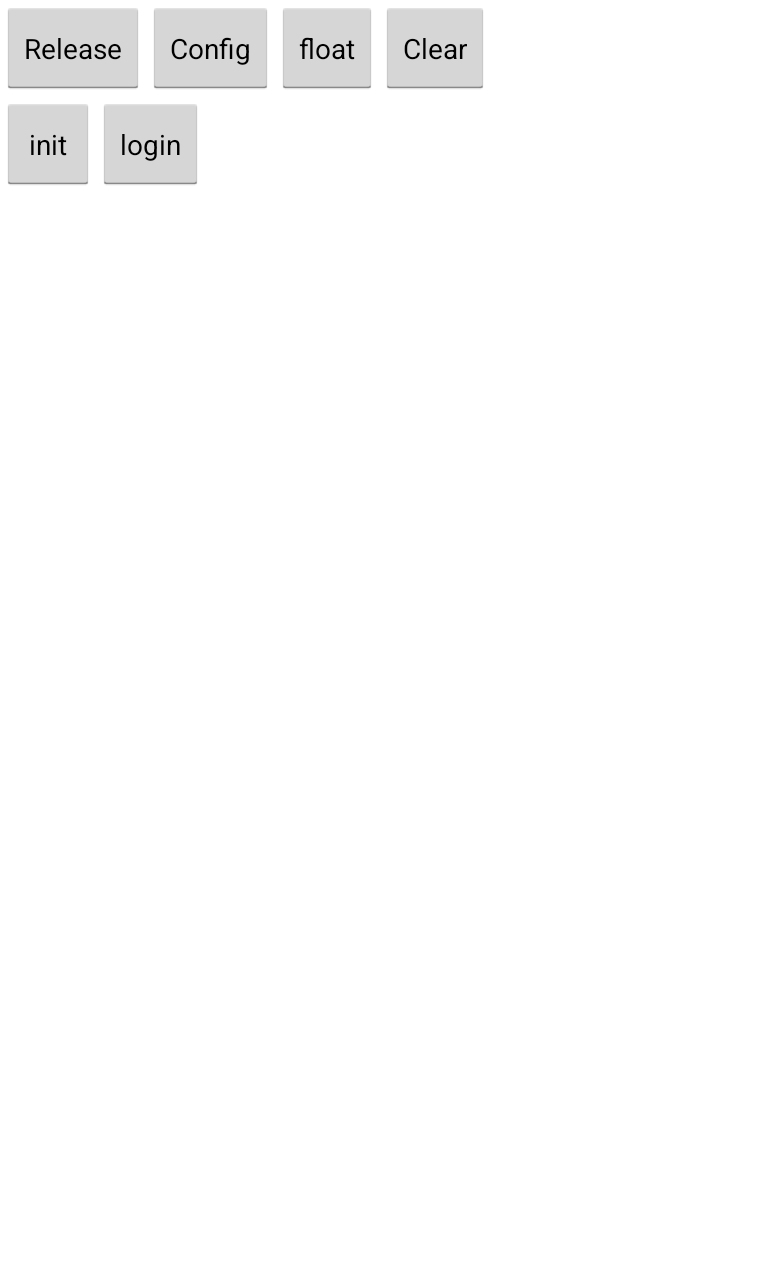
Repository: XClouded/dynamicCall
Layout: UCGameSdk/res/layout/activity_dex_loader.xml
The author's editor kept a copy of each file at every save. The layout is drawn from the files as they stood at one save, then again after the next save.
It is drawn on a 768 x 1280 px phone screen (xhdpi) without system bars, with theme AppTheme; the app's code is not run.

Above is the layout before, as saved 2013-07-18 03:05:46.

### UCGameSdk/res/layout/activity_dex_loader.xml
<LinearLayout xmlns:android="http://schemas.android.com/apk/res/android"
    xmlns:tools="http://schemas.android.com/tools"
    android:layout_width="match_parent"
    android:layout_height="match_parent"
    android:orientation="vertical"
 >
    <LinearLayout
        android:layout_width="match_parent"
        android:layout_height="wrap_content"
        android:orientation="horizontal" >

        <Button
            android:id="@+id/btn_release"
            style="?android:attr/buttonStyleSmall"
            android:layout_width="wrap_content"
            android:layout_height="wrap_content"
            android:text="Release" />

        <Button
            android:id="@+id/button1"
            style="?android:attr/buttonStyleSmall"
            android:layout_width="wrap_content"
            android:layout_height="wrap_content"
            android:text="Config" />

        <Button
            android:id="@+id/btn_float"
            style="?android:attr/buttonStyleSmall"
            android:layout_width="wrap_content"
            android:layout_height="wrap_content"
            android:text="float" />

        <Button
            android:id="@+id/btn_clear"
            style="?android:attr/buttonStyleSmall"
            android:layout_width="wrap_content"
            android:layout_height="wrap_content"
            android:text="Clear" />

    </LinearLayout>

    <LinearLayout
        android:layout_width="match_parent"
        android:layout_height="wrap_content" >

        <Button
            android:id="@+id/btn_init"
            style="?android:attr/buttonStyleSmall"
            android:layout_width="wrap_content"
            android:layout_height="wrap_content"
            android:text="init" />

        <Button
            android:id="@+id/btn_login"
            style="?android:attr/buttonStyleSmall"
            android:layout_width="wrap_content"
            android:layout_height="wrap_content"
            android:text="login" />

    </LinearLayout>

    <ScrollView
        android:id="@+id/scrollView"
        android:layout_width="match_parent"
        android:layout_height="match_parent" >

        <TextView
            android:id="@+id/textView3"
            android:layout_width="match_parent"
            android:layout_height="match_parent"
            android:text="" />

    </ScrollView>

    <LinearLayout
        android:layout_width="match_parent"
        android:layout_height="wrap_content" >

    </LinearLayout>

</LinearLayout>

Loaded but not shown: UCGameSdk/res/values/styles.xml (common file); UCGameSdk/res/values-v11/styles.xml (common file); UCGameSdk/res/values-v14/styles.xml (common file)

After the next save:
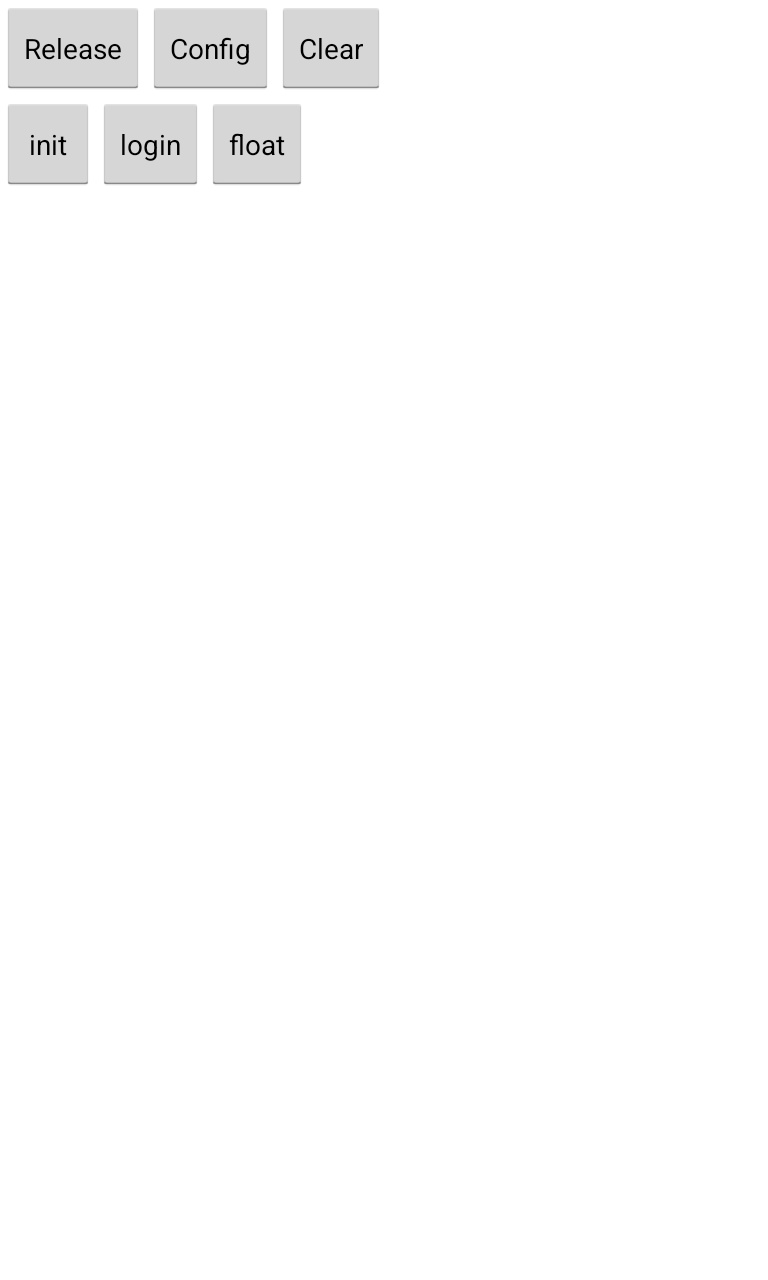
Saved 109 s later.
--- a/UCGameSdk/res/layout/activity_dex_loader.xml
+++ b/UCGameSdk/res/layout/activity_dex_loader.xml
@@ -22,13 +22,6 @@
             android:layout_width="wrap_content"
             android:layout_height="wrap_content"
             android:text="Config" />
-
-        <Button
-            android:id="@+id/btn_float"
-            style="?android:attr/buttonStyleSmall"
-            android:layout_width="wrap_content"
-            android:layout_height="wrap_content"
-            android:text="float" />
 
         <Button
             android:id="@+id/btn_clear"
@@ -57,6 +50,13 @@
             android:layout_height="wrap_content"
             android:text="login" />
 
+        <Button
+            android:id="@+id/btn_float"
+            style="?android:attr/buttonStyleSmall"
+            android:layout_width="wrap_content"
+            android:layout_height="wrap_content"
+            android:text="float" />
+
     </LinearLayout>
 
     <ScrollView
